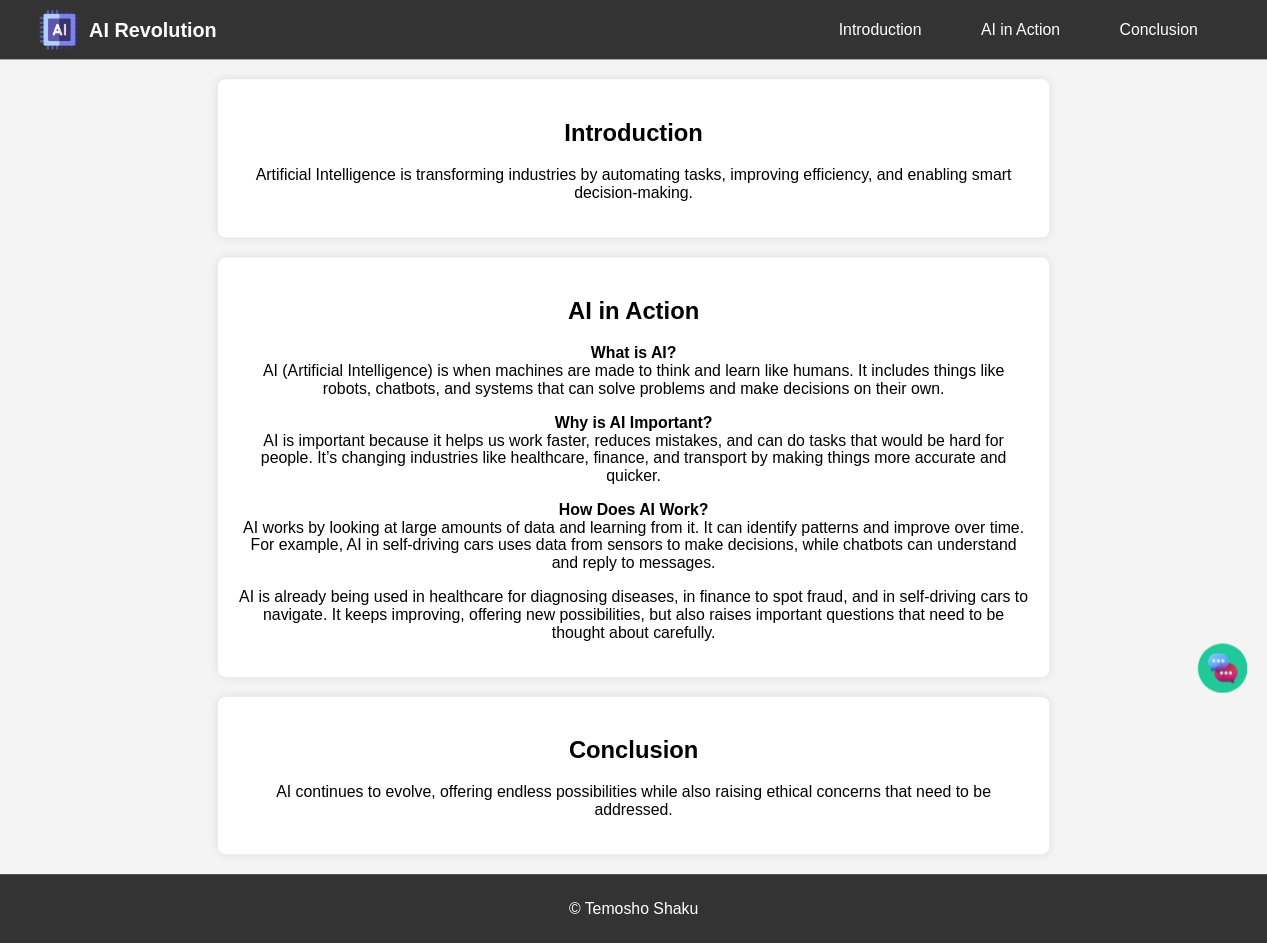
Repository: TemoshoS/ai
Page: index.html
The author's editor kept a copy of each file at every save. The page is drawn from the files as they stood at one save, then again after the next save.
The browser window is 1280 px wide. The pictures show the whole page, at 99% of full size.

Above is the page before, as saved 2025-02-17 10:44:58.

### index.html
<!DOCTYPE html>
<html lang="en">
<head>
    <meta charset="UTF-8">
    <meta name="viewport" content="width=device-width, initial-scale=1.0">
    <title>AI Revolution</title>
    <link rel="stylesheet" href="styles.css">
</head>
<body>

    <nav>
        <div class="nav-container">
            <div class="logo">
                <img src="./ai.png" alt="AI Logo">
                <span>AI Revolution</span>
            </div>
            <ul class="nav-links">
                <li><a href="#intro">Introduction</a></li>
                <li><a href="#body">AI in Action</a></li>
                <li><a href="#conclusion">Conclusion</a></li>
            </ul>
        </div>
    </nav>

    <section id="intro">
        <h2>Introduction</h2>
        <p>Artificial Intelligence is transforming industries by automating tasks, improving efficiency, and enabling smart decision-making.</p>
    </section>

    <section id="body">
        <h2>AI in Action</h2>
        <p><strong>What is AI?</strong><br>AI (Artificial Intelligence) is when machines are made to think and learn like humans. It includes things like robots, chatbots, and systems that can solve problems and make decisions on their own.</p>

        <p><strong>Why is AI Important?</strong><br>AI is important because it helps us work faster, reduces mistakes, and can do tasks that would be hard for people. It’s changing industries like healthcare, finance, and transport by making things more accurate and quicker.</p>

        <p><strong>How Does AI Work?</strong><br>AI works by looking at large amounts of data and learning from it. It can identify patterns and improve over time. For example, AI in self-driving cars uses data from sensors to make decisions, while chatbots can understand and reply to messages.</p>

        <p>AI is already being used in healthcare for diagnosing diseases, in finance to spot fraud, and in self-driving cars to navigate. It keeps improving, offering new possibilities, but also raises important questions that need to be thought about carefully.</p>
    </section>

    <div id="chatbot">


        <!-- Chat Icon -->
        <div id="chatIcon">
            <img src="./speech-bubble.png" alt="Chat" />
        </div>

        <!-- Chat Box -->
        <div id="chatBox">
            <div class="chat-header">
                <span>AI Chat</span>
                <button id="closeChat">&times;</button>
            </div>
            <div class="chat-body">
                <p>Welcome! Ask me anything.</p>
            </div>
            <input type="text" id="chatInput" placeholder="Type your message...">
            <button id="sendChat">Send</button>
        </div>
    </div>


    <section id="conclusion">
        <h2>Conclusion</h2>
        <p>AI continues to evolve, offering endless possibilities while also raising ethical concerns that need to be addressed.</p>
    </section>

    <footer>
        <p>&copy; Temosho Shaku</p>
    </footer>

    <script src="script.js"></script>
</body>
</html>

### styles.css
body {
    font-family: Arial, sans-serif;
    margin: 0;
    padding: 0;
    background-color: #f4f4f4;
    text-align: center;
}

/* NAVIGATION BAR */
nav {
    background: #333;
    padding: 10px 20px;
}

.nav-container {
    display: flex;
    justify-content: space-between;
    align-items: center;
    max-width: 1200px;
    margin: auto;
}

.logo {
    display: flex;
    align-items: center;
}

.logo img {
    width: 40px;
    height: 40px;
    margin-right: 10px;
}

.logo span {
    font-size: 20px;
    color: white;
    font-weight: bold;
}

.nav-links {
    list-style: none;
    display: flex;
    margin: 0;
    padding: 0;
}

.nav-links li {
    margin: 0 15px;
}

.nav-links li a {
    color: white;
    text-decoration: none;
    padding: 10px 15px;
    display: block;
}

.nav-links li a:hover {
    background-color: #20C997;
    border-radius: 5px;
}

/* CONTENT */
section {
    padding: 20px;
    max-width: 800px;
    margin: auto;
    background: white;
    margin-top: 20px;
    border-radius: 8px;
    box-shadow: 0px 0px 10px rgba(0, 0, 0, 0.1);
}

/* AI CHAT */
input {
    padding: 10px;
    width: 80%;
    border: 1px solid #ccc;
    border-radius: 5px;
    margin-top: 10px;
}

button {
    background-color: #20C997;
    color: white;
    padding: 10px 20px;
    border: none;
    font-size: 16px;
    cursor: pointer;
    margin-top: 10px;
    border-radius: 5px;
}

button:hover {
    background-color: #17a589;
}

#aiResponse {
    font-weight: bold;
    color: #333;
    margin-top: 15px;
}
/* Chat Icon */
#chatIcon {
    position: fixed;
    bottom: 20px;
    right: 20px;
    background-color: #20C997;
    width: 50px;
    height: 50px;
    border-radius: 50%;
    display: flex;
    justify-content: center;
    align-items: center;
    cursor: pointer;
}

#chatIcon img {
    width: 30px;
    height: 30px;
}

/* Chat Box */
#chatBox {
    position: fixed;
    bottom: 80px;
    right: 20px;
    width: 300px;
    background: white;
    box-shadow: 0px 0px 10px rgba(0, 0, 0, 0.2);
    border-radius: 8px;
    display: none;
    flex-direction: column;
}

.chat-header {
    background: #20C997;
    color: white;
    padding: 10px;
    display: flex;
    justify-content: space-between;
    align-items: center;
    font-weight: bold;
}

.chat-header button {
    background: none;
    border: none;
    color: white;
    font-size: 20px;
    cursor: pointer;
}

.chat-body {
    padding: 10px;
    max-height: 200px;
    overflow-y: auto;
}

#chatInput {
    width: 80%;
    padding: 10px;
    border: 1px solid #ccc;
    border-radius: 5px;
    margin: 10px;
}

#sendChat {
    background-color: #20C997;
    color: white;
    padding: 10px;
    border: none;
    cursor: pointer;
    border-radius: 5px;
}


/* FOOTER */
footer {
    margin-top: 20px;
    background-color: #333;
    color: white;
    padding: 10px;
}

### script.js
document.getElementById("chatIcon").addEventListener("click", function () {
    document.getElementById("chatBox").style.display = "flex";
});

document.getElementById("closeChat").addEventListener("click", function () {
    document.getElementById("chatBox").style.display = "none";
});

document.getElementById("sendChat").addEventListener("click", function () {
    let userInput = document.getElementById("chatInput").value.trim();
    let chatBody = document.querySelector(".chat-body");

    if (!userInput) {
        alert("Please enter a message!");
        return;
    }

    // Display user message
    let userMessage = document.createElement("p");
    userMessage.style.textAlign = "right";
    userMessage.style.color = "#20C997";
    userMessage.innerText = "You: " + userInput;
    chatBody.appendChild(userMessage);

    document.getElementById("chatInput").value = "";

    // Simulate AI response
    setTimeout(() => {
        let fakeResponses = [
            "AI helps automate repetitive tasks.",
            "Machine learning enables computers to learn from data.",
            "AI is used in chatbots, self-driving cars, and healthcare.",
            "AI raises ethical concerns, including bias and job automation.",
            "AI can improve cybersecurity by detecting threats."
        ];

        let randomResponse = fakeResponses[Math.floor(Math.random() * fakeResponses.length)];

        let aiMessage = document.createElement("p");
        aiMessage.style.textAlign = "left";
        aiMessage.style.color = "#333";
        aiMessage.innerText = "AI: " + randomResponse;
        chatBody.appendChild(aiMessage);

        chatBody.scrollTop = chatBody.scrollHeight;
    }, 1500);
});

After the next save:
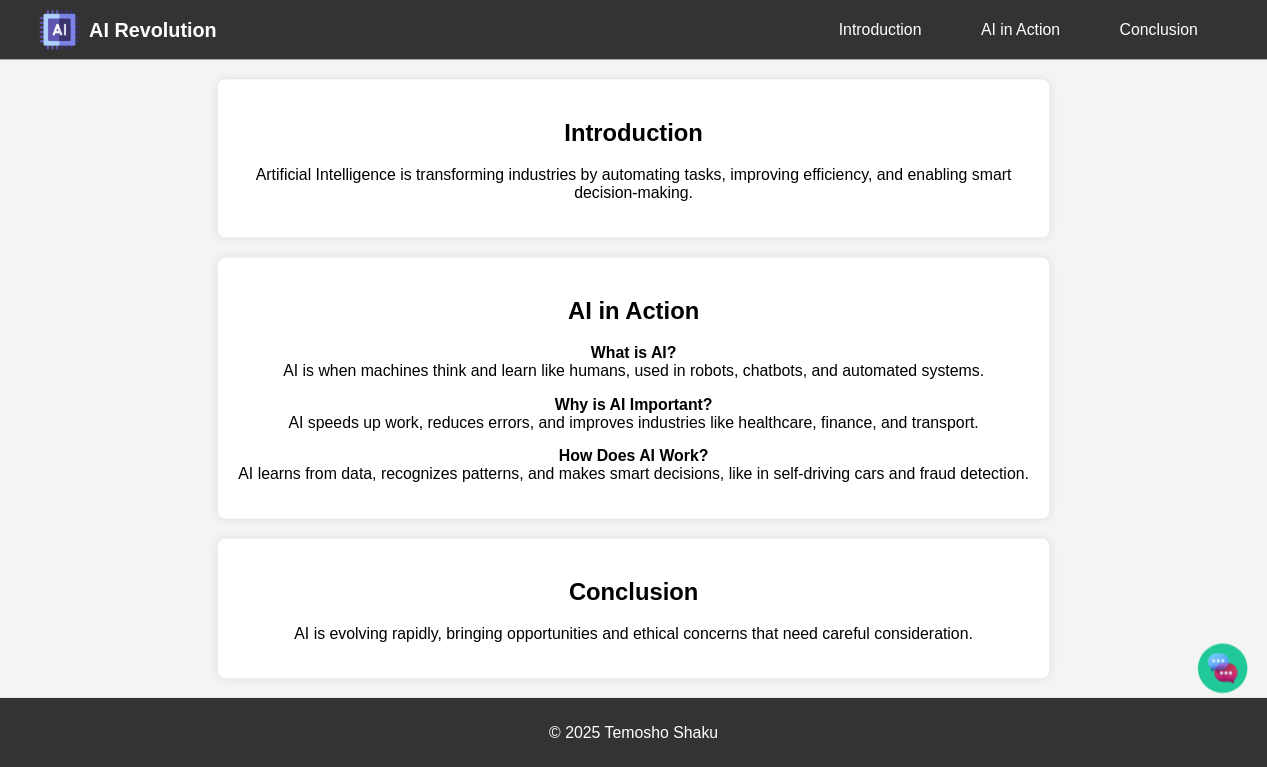
Saved 6 min 56 s later.
--- a/index.html
+++ b/index.html
@@ -4,10 +4,10 @@
     <meta charset="UTF-8">
     <meta name="viewport" content="width=device-width, initial-scale=1.0">
     <title>AI Revolution</title>
+    <link href="https://fonts.googleapis.com/css2?family=Poppins:wght@300;400;600&display=swap" rel="stylesheet">
     <link rel="stylesheet" href="styles.css">
 </head>
 <body>
-
     <nav>
         <div class="nav-container">
             <div class="logo">
@@ -22,31 +22,22 @@
         </div>
     </nav>
 
-    <section id="intro">
+    <section id="intro" class="animated-section">
         <h2>Introduction</h2>
         <p>Artificial Intelligence is transforming industries by automating tasks, improving efficiency, and enabling smart decision-making.</p>
     </section>
 
-    <section id="body">
+    <section id="body" class="animated-section">
         <h2>AI in Action</h2>
-        <p><strong>What is AI?</strong><br>AI (Artificial Intelligence) is when machines are made to think and learn like humans. It includes things like robots, chatbots, and systems that can solve problems and make decisions on their own.</p>
-
-        <p><strong>Why is AI Important?</strong><br>AI is important because it helps us work faster, reduces mistakes, and can do tasks that would be hard for people. It’s changing industries like healthcare, finance, and transport by making things more accurate and quicker.</p>
-
-        <p><strong>How Does AI Work?</strong><br>AI works by looking at large amounts of data and learning from it. It can identify patterns and improve over time. For example, AI in self-driving cars uses data from sensors to make decisions, while chatbots can understand and reply to messages.</p>
-
-        <p>AI is already being used in healthcare for diagnosing diseases, in finance to spot fraud, and in self-driving cars to navigate. It keeps improving, offering new possibilities, but also raises important questions that need to be thought about carefully.</p>
+        <p><strong>What is AI?</strong><br>AI is when machines think and learn like humans, used in robots, chatbots, and automated systems.</p>
+        <p><strong>Why is AI Important?</strong><br>AI speeds up work, reduces errors, and improves industries like healthcare, finance, and transport.</p>
+        <p><strong>How Does AI Work?</strong><br>AI learns from data, recognizes patterns, and makes smart decisions, like in self-driving cars and fraud detection.</p>
     </section>
 
     <div id="chatbot">
-
-
-        <!-- Chat Icon -->
         <div id="chatIcon">
-            <img src="./speech-bubble.png" alt="Chat" />
+            <img src="./speech-bubble.png" alt="Chat">
         </div>
-
-        <!-- Chat Box -->
         <div id="chatBox">
             <div class="chat-header">
                 <span>AI Chat</span>
@@ -60,14 +51,13 @@
         </div>
     </div>
 
-
-    <section id="conclusion">
+    <section id="conclusion" class="animated-section">
         <h2>Conclusion</h2>
-        <p>AI continues to evolve, offering endless possibilities while also raising ethical concerns that need to be addressed.</p>
+        <p>AI is evolving rapidly, bringing opportunities and ethical concerns that need careful consideration.</p>
     </section>
 
     <footer>
-        <p>&copy; Temosho Shaku</p>
+        <p>&copy; 2025 Temosho Shaku</p>
     </footer>
 
     <script src="script.js"></script>
